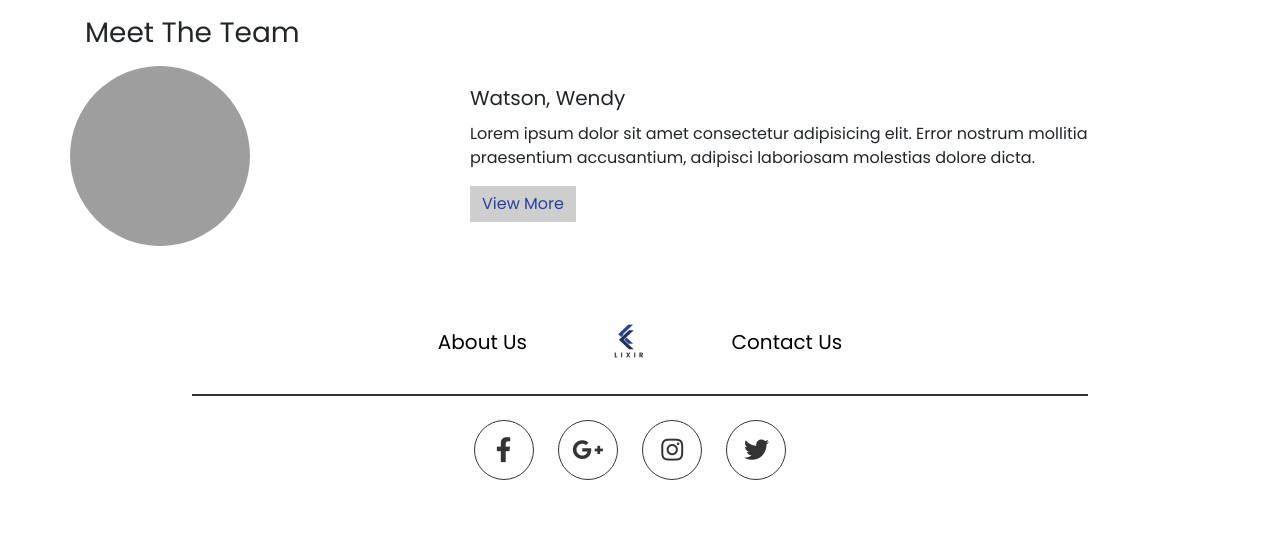
Repository: phiiileo/lit-page
Page: team-page.html
These files come from the project's save history. The page is drawn as it stood at one moment and after the next save; the edit follows.
The browser window is 1280 px wide. The pictures show the whole page.
Pictures or frames that could not be fetched are drawn as grey boxes. Some web libraries are served in a nearby version.

Above is the page before, as saved 2019-12-04 21:15:23.

### team-page.html
<head>
  <meta charset="UTF-8" />
  <meta name="viewport" content="width=device-width, initial-scale=1.0" />
  <meta http-equiv="X-UA-Compatible" content="ie=edge" />
  <title>Lixir | Official Page</title>
  <link
    rel="stylesheet"
    href="css/bootstrap-4.4.0-dist/css/bootstrap.min.css"
  />
  <script src="js/jquery-1.11.1.min.js"></script>
  <script src="js/popper.min.js"></script>
  <script src="css/bootstrap-4.4.0-dist/js/bootstrap.min.js"></script>
  <link
    href="https://fonts.googleapis.com/css?family=Poppins&display=swap"
    rel="stylesheet"
  />
  <link
    rel="stylesheet"
    type="text/css"
    href="https://cdnjs.cloudflare.com/ajax/libs/font-awesome/5.11.2/css/all.min.css"
  />
  <link rel="stylesheet" href="css/site_footer.css" />
  <link rel="stylesheet" href="./css/team-page.css">
</head>

<div class="container">
    <p><h3>Meet The Team</h3></p>
    <div class="row row-cols-1 row-cols-md-1 m5">
        <div class="card">
            <div class="row no-gutters">
                <div class="col-md-4">
                    <img src="https://res.cloudinary.com/gboyega/image/upload/v1575387409/grillspot/profile-placeholder_kqu2no.png" alt="profileImage" class="team-image">
                </div>
                <div class="col-md-8">
                    <div class="card-body">
                        <h5 class="card-title">Watson, Wendy</h5>
                        <p class="card-text">Lorem ipsum dolor sit amet consectetur adipisicing elit. Error nostrum mollitia praesentium accusantium, adipisci laboriosam molestias dolore dicta.</p>
                        <p class="card-text"><button class="btn btn-secondary" id="viewMoreButton">View More</button></p>
                    </div>
                </div>
            </div>
        </div>
    </div>
</div>

<footer class="mt-5">
  <section class="footer_content mx-auto text-center">
    <section class="footer_content--one">
      <a href="about_us.php" class="">About Us</a>
      <a href="index.php" class="mx-5">
        <img src="image/footer_logo.png" alt="" width="100px" height="100px"
      /></a>
      <a href="contact.php" class="">Contact Us</a>
    </section>
    <section class="footer_content--two pt-4">
      <a href="#"><i class="fab fa-facebook-f"></i></a>
      <a href=""><i class="fab fa-google-plus-g"></i></a>
      <a href=""><i class="fab fa-instagram"></i></a>
      <a href=""><i class="fab fa-twitter"></i></a>
    </section>
  </section>
</footer>

### css/site_footer.css
footer .footer_content {
    width: 70%;
  }

  footer .footer_content .footer_content--one {
    width: 100%;
    border-bottom: 2px solid #333333;
  }

  footer .footer_content .footer_content--one a {
    font-size: 20px;
    line-height: 28px;
    color: #000000;
    display: inline-block;
  }

  footer .footer_content .footer_content--two a {
    color: #333333;
    border: 1px solid #333333;
    border-radius: 50%;
    width: 60px;
    height: 60px;
    display: -webkit-inline-box;
    display: -ms-inline-flexbox;
    display: inline-flex;
    -webkit-box-pack: center;
        -ms-flex-pack: center;
            justify-content: center;
    -webkit-box-align: center;
        -ms-flex-align: center;
            align-items: center;
    margin-right: 20px;
    margin-bottom: 20px;
  }

  footer .footer_content .footer_content--two a i {
    font-size: 25px;
  }

### css/team-page.css
* {
  margin-top: 0;
  padding: 0px;
  box-sizing: border-box;
  font-family: "Poppins", sans-serif;
}
.team-image{
    width: 180px;
    height: 180px;
    border-radius: 50%;
}

.card{
    border: 0;
}

#viewMoreButton{
    color:#29419b ;
    background: #cecece;
    border-radius: 0;
    border: 0;
}

Loaded but not shown: css/bootstrap-4.4.0-dist/css/bootstrap.min.css (library); js/jquery-1.11.1.min.js (library); js/popper.min.js (library); css/bootstrap-4.4.0-dist/js/bootstrap.min.js (library)

After the next save:
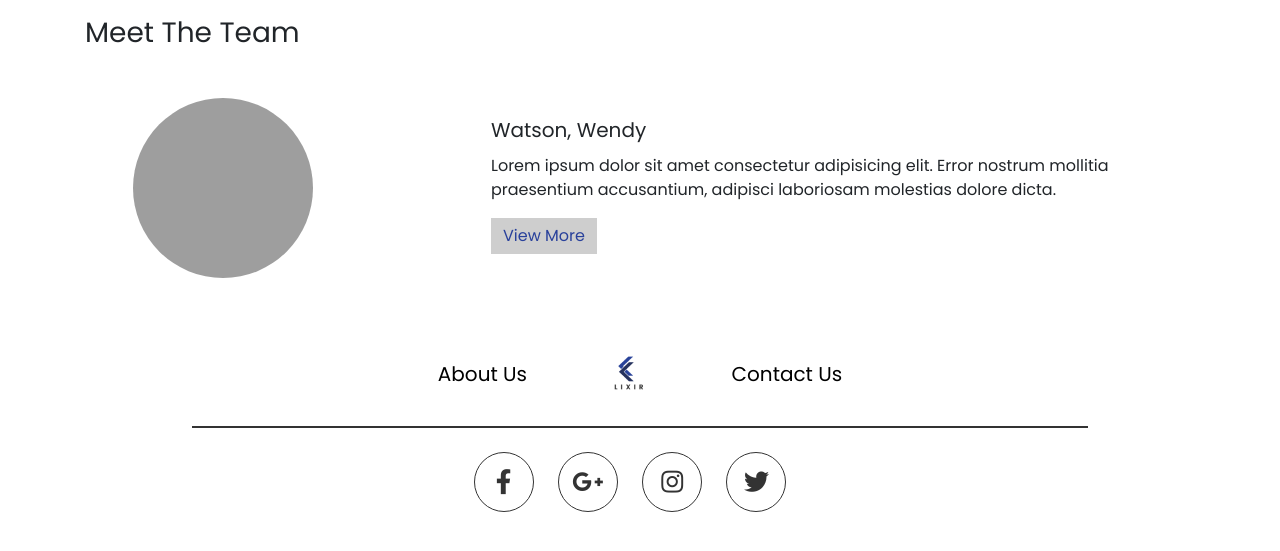
Saved 13 s later.
--- a/team-page.html
+++ b/team-page.html
@@ -25,7 +25,7 @@
 
 <div class="container">
     <p><h3>Meet The Team</h3></p>
-    <div class="row row-cols-1 row-cols-md-1 m5">
+    <div class="row row-cols-1 row-cols-md-1 m-5">
         <div class="card">
             <div class="row no-gutters">
                 <div class="col-md-4">
